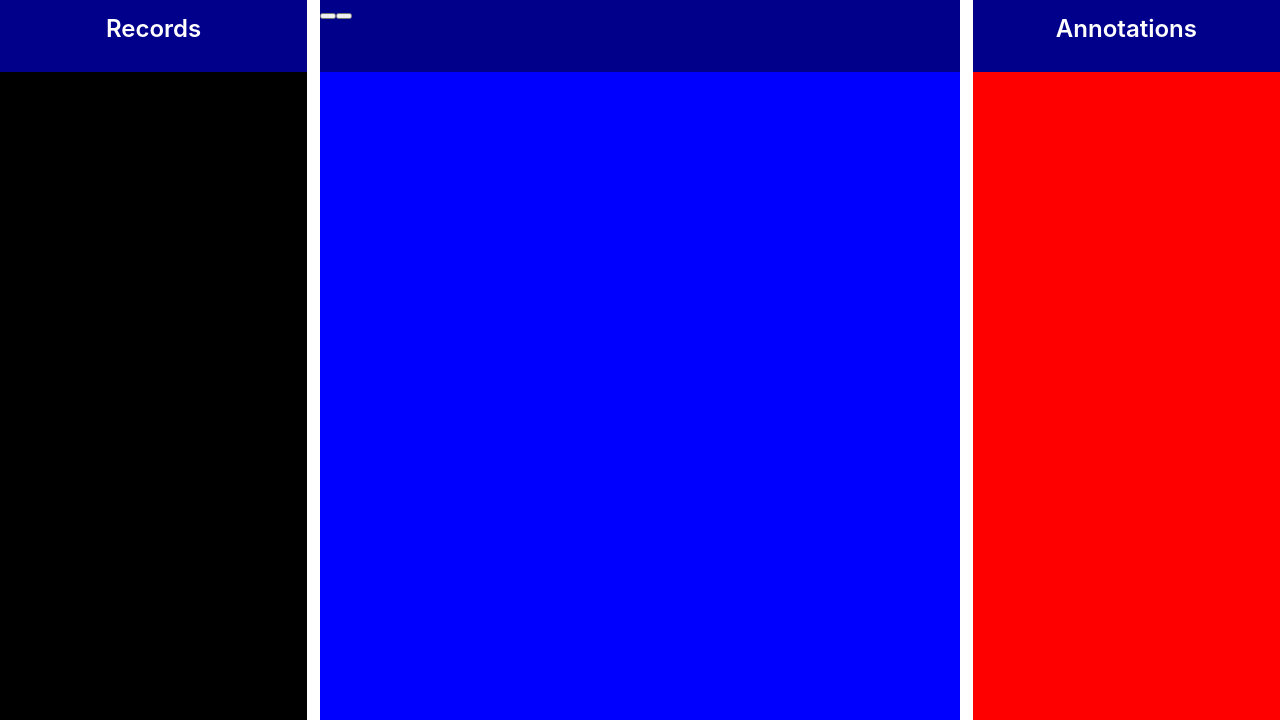
Repository: napan24/classforma_assignment
Page: / (app in client/)
These files come from the project's save history. The page is drawn as it stood at one moment and after the next save; the edit follows.
The browser window is 1280 px wide. The pictures show the whole page.
The project was rebuilt for these pictures with package versions that can differ from the ones it lists, and the page was loaded fresh each time. Also part of the build but not shown: client/src/App.css.

Above is the page before, as saved 2022-07-19 16:40:01.

### client/src/App.js
import logo from './logo.svg';
import './App.css';
import Home from './Home';

function App() {
  return (
    <>
      <Home></Home>
    </>
  );
}

export default App;

### client/src/Home.js
import React from 'react'

const Home = () => {
    return (
        <>
            <div style={{ display: 'flex', width: "100vw", height: "100vh" }}>
                <div style={{ width: "24vw", height: "100vh", backgroundColor: "black", marginRight: "1vw" }}>
                    <div style={{ width: "24vw", height: "10vh", backgroundColor: "#00008b", textAlign: 'center', fontSize: '150%', color: "white", fontWeight: "600", position: "fixed" }}>
                        <p style={{ marginTop: "2vh" }}>
                            Records
                        </p>
                    </div>
                    <div>

                    </div>
                </div>
                <div style={{ width: "50vw", height: "100vh", backgroundColor: "blue", marginRight: "1vw" }}>
                    <div style={{ width: "50vw", height: "10vh", backgroundColor: "#00008b" }}>
                        <button className='select_person'>

                        </button>
                        <button className='select_org'>

                        </button>
                    </div>
                    <div>

                    </div>
                </div>
                <div style={{ width: "24vw", height: "100vh", backgroundColor: "red" }}>
                    <div style={{ width: "24vw", height: "10vh", backgroundColor: "#00008b", textAlign: 'center', fontSize: '150%', color: "white", fontWeight: "600", position: "fixed" }}>
                        <p style={{ marginTop: "2vh" }}>
                        Annotations
                        </p>
                    </div>
                    <div>

                    </div>
                </div>
            </div>
        </>
    )
}

export default Home

Loaded but not shown: client/public/index.html (common file); client/src/index.js (common file); client/src/index.css (common file); client/src/reportWebVitals.js (common file)

After the next save:
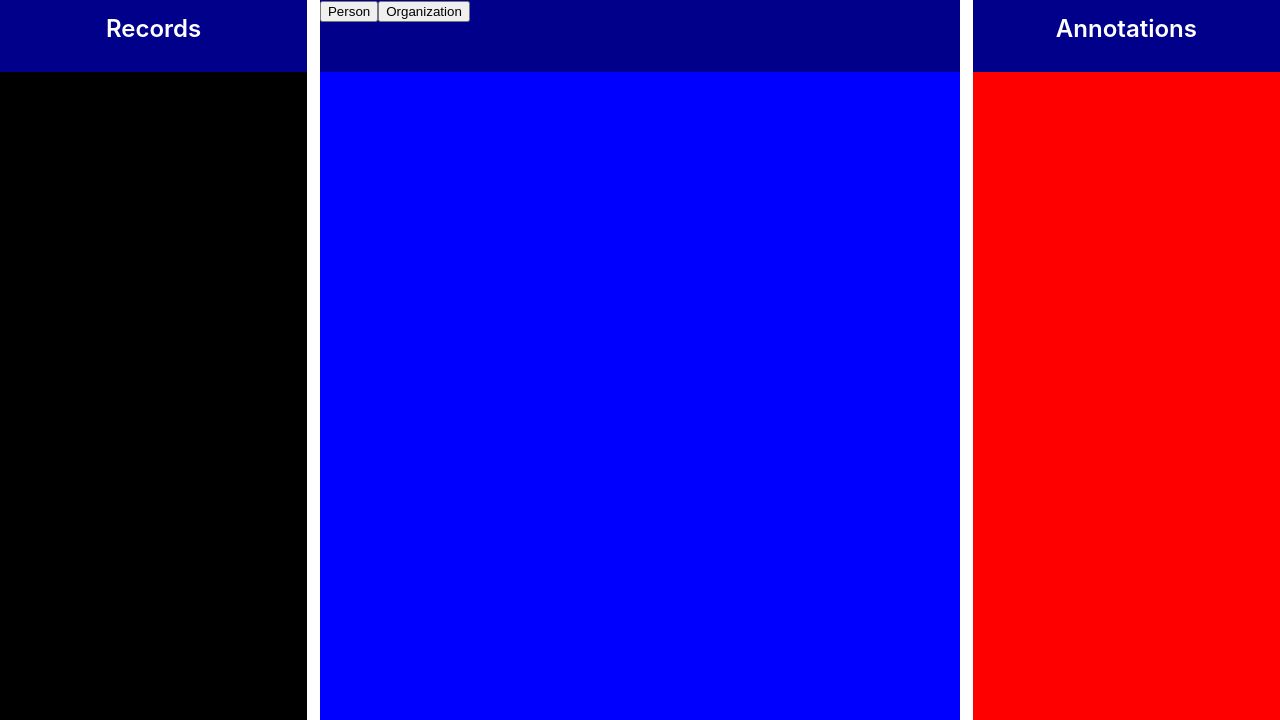
Saved 11 s later.
--- a/client/src/Home.js
+++ b/client/src/Home.js
@@ -17,10 +17,10 @@ const Home = () => {
                 <div style={{ width: "50vw", height: "100vh", backgroundColor: "blue", marginRight: "1vw" }}>
                     <div style={{ width: "50vw", height: "10vh", backgroundColor: "#00008b" }}>
                         <button className='select_person'>
-
+                            Person
                         </button>
                         <button className='select_org'>
-
+                            Organization
                         </button>
                     </div>
                     <div>
